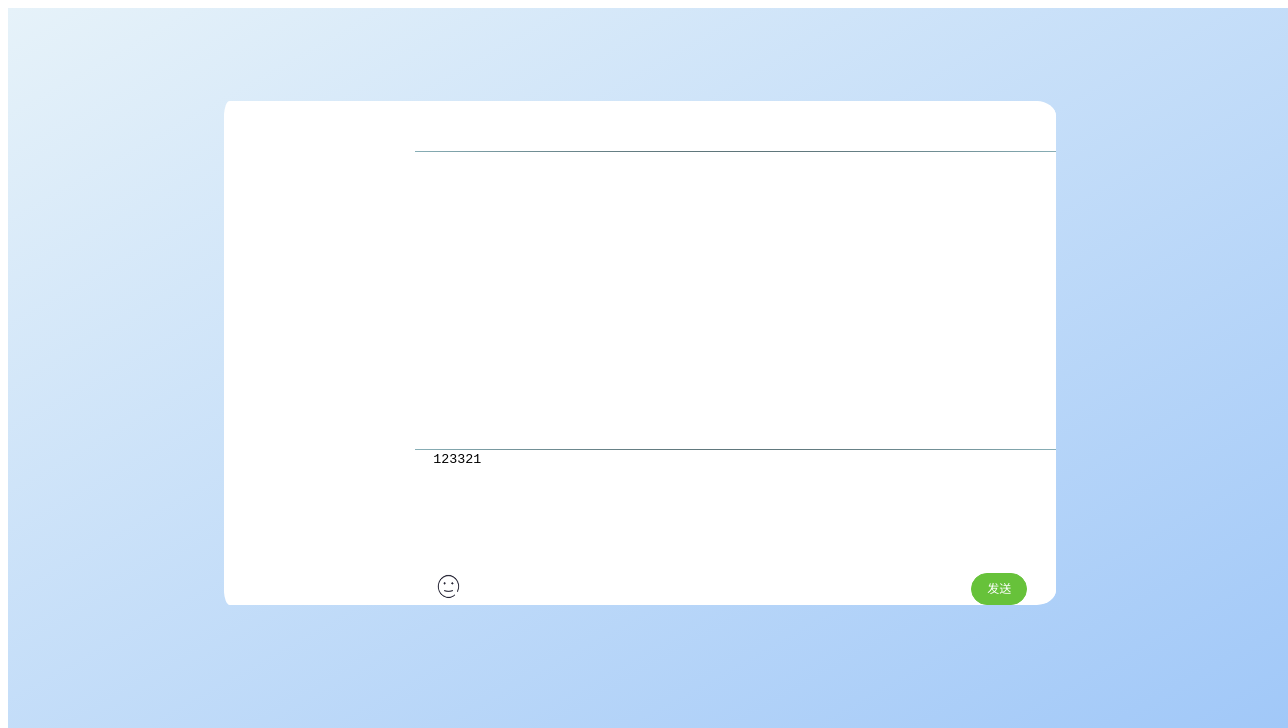
Repository: 948511270/talktalk
Page: /
These files come from the project's save history. The page is drawn as it stood at one moment and after the next save; the edit follows.
The browser window is 1280 px wide. The page is 1288 px wide, so the pictures cover 1288 px, including what lies to the right of the window. The pictures show the whole page.
The page's requests for data from a server got no answer. The project was rebuilt for these pictures with package versions that can differ from the ones it lists, and the page was loaded fresh each time. No one was signed in, and anything a server would have sent is missing. Also part of the build but not shown: vue.config.js.

Above is the page before, as saved 2023-05-23 00:26:45.

After the next save:
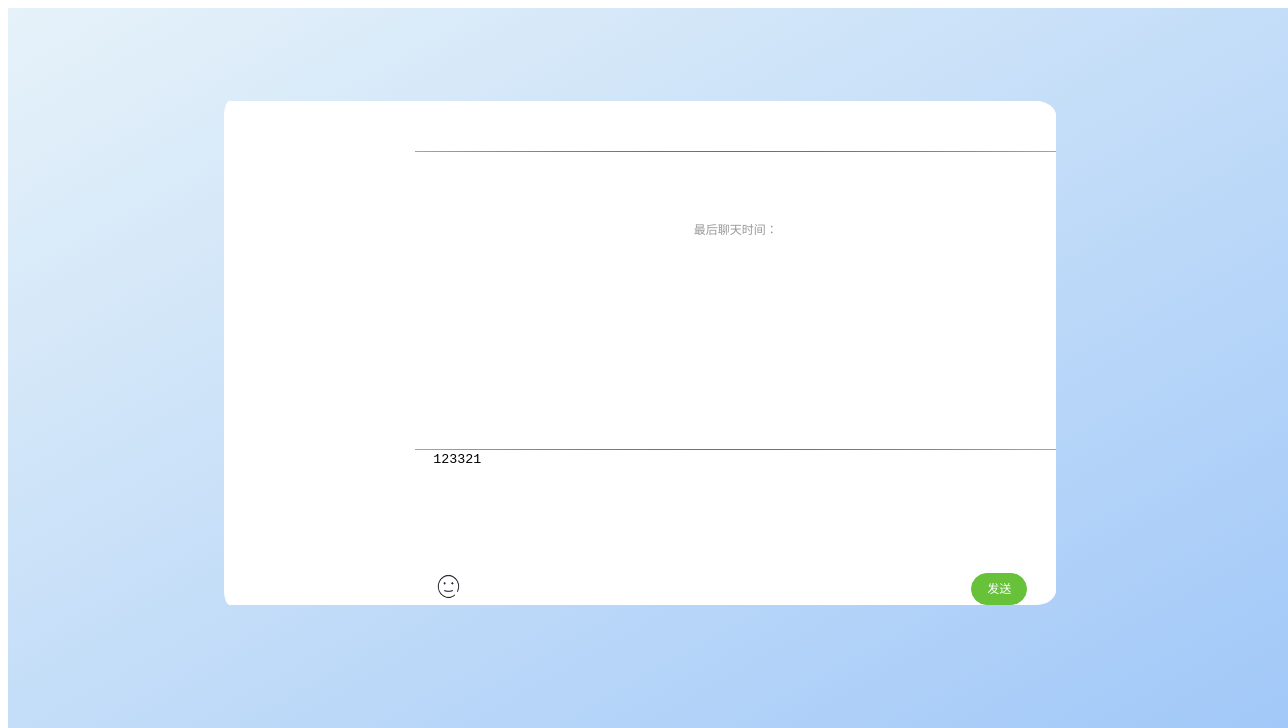
Saved 85 s later.
--- a/src/components/HelloWorld.vue
+++ b/src/components/HelloWorld.vue
@@ -25,7 +25,7 @@
           <div class="main" style="overflow: scroll;">
             <ul id="message">
 
-
+              <p class="time">最后聊天时间：{{  lastTime }}</p>
               <li v-for="(item,i,index) in allChatRecordsRelatedToThisUser" :key="index">
                 <div>
 
@@ -54,7 +54,7 @@
                 </template>
 
               </li>
-              <p class="time">{{ lastTime }}</p>
+
 
 
           </ul>

After the 2 saves that followed:
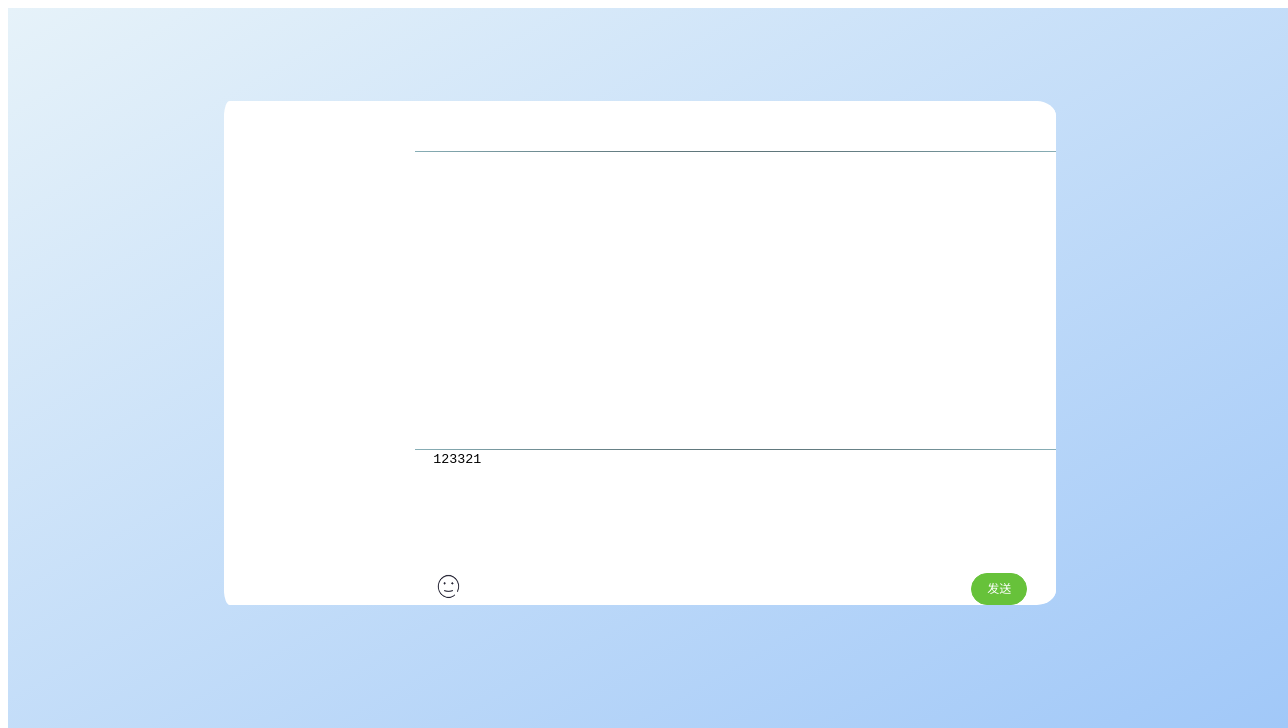
The 2 saves are shown as one change because 1 left the picture as it was.
The last was saved 43 s later.
--- a/src/components/HelloWorld.vue
+++ b/src/components/HelloWorld.vue
@@ -25,7 +25,7 @@
           <div class="main" style="overflow: scroll;">
             <ul id="message">
 
-              <p class="time">最后聊天时间：{{  lastTime }}</p>
+
               <li v-for="(item,i,index) in allChatRecordsRelatedToThisUser" :key="index">
                 <div>
 
@@ -54,7 +54,7 @@
                 </template>
 
               </li>
-
+              <p class="time" v-if="nowFriend">最后聊天时间：{{  lastTime }}</p>
 
 
           </ul>
